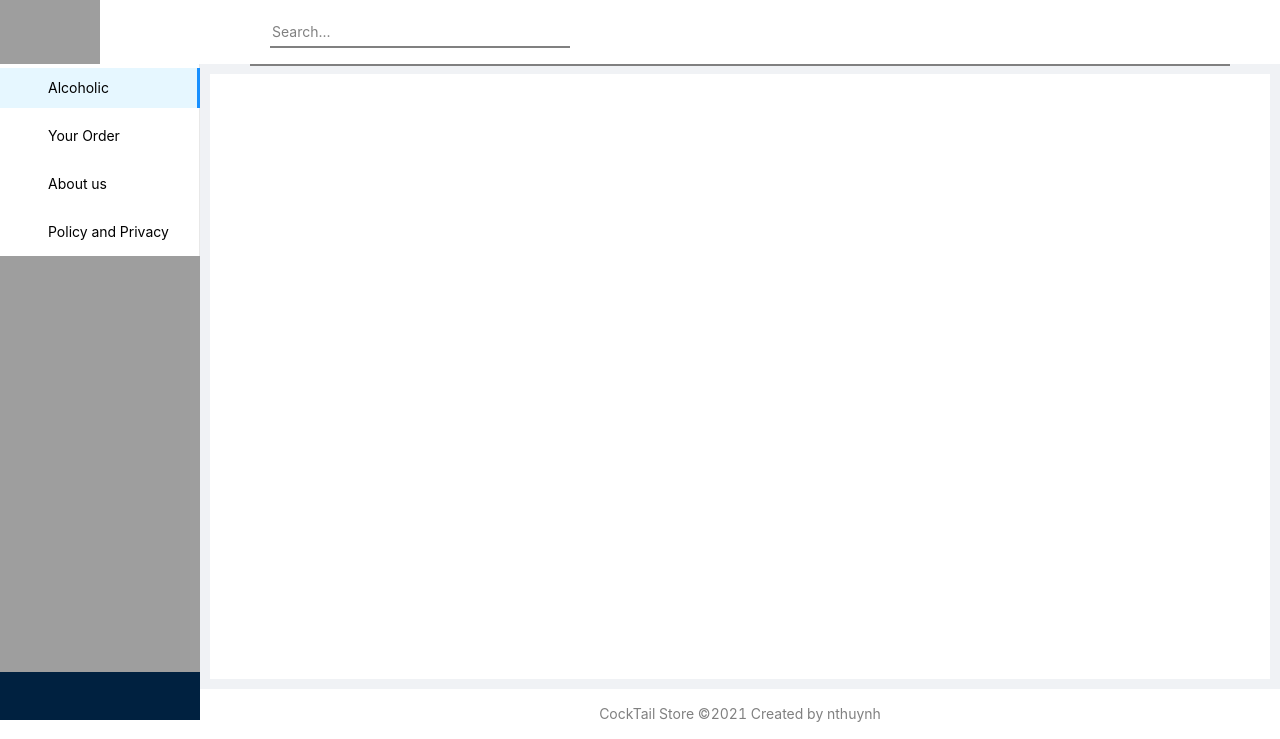
Repository: huynhnt1406/cocktail
Page: /
An editor plug-in stored every save of this project. The page is shown before and after the next save, followed by the edit.
The browser window is 1280 px wide. The pictures show the whole page.
Pictures or frames that could not be fetched are drawn as grey boxes. The page's requests for data from a server got no answer. The project was rebuilt for these pictures with package versions that can differ from the ones it lists, and the page was loaded fresh each time. No one was signed in, and anything a server would have sent is missing. Also part of the build but not shown: src/components/DetailPage.vue, src/components/Order.vue, src/components/AboutUs.vue, src/components/PolicyandPrivacy.vue.

Above is the page before, as saved 2021-05-08 01:28:06.

### public/index.html
<!DOCTYPE html>
<html lang="">
  <head>
    <meta charset="utf-8">
    <meta http-equiv="X-UA-Compatible" content="IE=edge">
    <meta name="viewport" content="width=device-width,initial-scale=1.0">
    <link rel="icon" href="<%= BASE_URL %>favicon.ico">
    <title><%= htmlWebpackPlugin.options.title %></title>
    <link rel="preconnect" href="https://fonts.gstatic.com">
    <link href="https://fonts.googleapis.com/css2?family=Poppins:ital,wght@0,200;0,300;1,400&display=swap" rel="stylesheet">
    <link rel="stylesheet" href="https://cdnjs.cloudflare.com/ajax/libs/font-awesome/4.7.0/css/font-awesome.min.css">
  </head>
  <body>
    <noscript>
      <strong>We're sorry but <%= htmlWebpackPlugin.options.title %> doesn't work properly without JavaScript enabled. Please enable it to continue.</strong>
    </noscript>
    <div id="app"></div>
    <!-- built files will be auto injected -->
  </body>
</html>

### src/main.js
import Vue from 'vue'
import App from './App.vue'
import store from './store/index'
import router from './router/index'
import 'ant-design-vue/dist/antd.css';
import Antd from 'ant-design-vue';
Vue.config.productionTip = false
Vue.use(Antd);
new Vue({
  store,
  router,
  render: h => h(App),
}).$mount('#app')

### src/App.vue
<template>
  <a-layout id="components-layout-demo-side" theme="light"  style="min-height: 100vh">
    <a-layout-sider style="background-color:white" v-model="collapsed" collapsible >
      <img style="height:64px ; width:50%" src="https://i.pinimg.com/originals/fd/3e/53/fd3e533305c578157dbaf393b76ac1ee.jpg" alt="">
      <a-menu theme="light" :default-selected-keys="['1']" mode="inline">
        <a-menu-item key="1">
          <a-icon type="menu" />
          <span><router-link class="link" to="/">Alcoholic</router-link></span>
        </a-menu-item>
        <a-menu-item key="2">
           <a-icon type="shopping-cart" />
          <span><router-link class="link"  to="/yourorder">Your Order</router-link></span>
        </a-menu-item>
           <a-menu-item key="3">
           <a-icon type="info-circle" />
          <span><router-link class="link"  to="/aboutus">About us</router-link></span>
        </a-menu-item>
           <a-menu-item key="4">
           <a-icon type="safety-certificate" />
          <span><router-link class="link"  to="/policyandprivacy">Policy and Privacy</router-link></span>
        </a-menu-item>
      </a-menu>
      <img style="height:62% ; width:100%" src="https://www.gobourbon.com/wp-content/uploads/2019/03/EFCCF7C6-0A6F-4658-83B6-877007B0A1AC-751x1024.jpeg" alt="">
    </a-layout-sider>
    <a-layout>
      <a-layout-header :style="{background: '#fff'}" >
        <SearchBar/>
      </a-layout-header>
      <a-layout-content>
        <div class="cocktail-lists" :style="{margin:'10px' , background: '#fff', minHeight: '360px' }">
          <router-view/>
        </div>
      </a-layout-content>
      <a-layout-footer class="footer" style="text-align: center" :style="{padding:'2vh',color:'gray' ,background: 'white',textAlign:'center'}">
        CockTail Store ©2021 Created by nthuynh
      </a-layout-footer>
    </a-layout>
  </a-layout>
</template>
<script>
import SearchBar from './components/SearchBar'
export default {
  data() {
    return {
      collapsed: false,
    };
  },
  components:{
    SearchBar
  }
};
</script>

<style>
#components-layout-demo-side .logo {
  height: 32px;
  background: rgba(255, 255, 255, 0.2);
  margin: 16px;
}
#components-layout-demo-side{
  background-color: red;
}
.cocktail-lists{
  overflow-y: scroll;
  height:84vh;
}
.footer{
  background-color: white;
}
.link{
  color:black;
}
.link:focus{
  color:gray;
}
</style>

### src/store/index.js
import Vue from 'vue'
import Vuex from 'vuex'
import cocktail from './modules/cocktail'
Vue.use(Vuex)
export default new Vuex.Store({
    modules:{
        cocktail
    }
})

### src/router/index.js
import Vue from 'vue'
import VueRouter from 'vue-router'
import CockTail from '../components/CockTail'
import DetailPage from '../components/DetailPage'
import Order from '../components/Order'
import AboutUs  from '../components/AboutUs'
import PolicyandPrivacy from '../components/PolicyandPrivacy'
const routes = [
    {
        path:'/',
        name:'CockTail',
        component:CockTail
    },
    {
        path:'/detailpage/:id',
        name:'DetailPage',
        component:DetailPage,
        props:true
    },
    {
        path:'/yourorder',
        name:'Order',
        component:Order,
    },
    {
        path:'/aboutus',
        name:'AboutUs',
        component:AboutUs,
    },
    {
        path:'/policyandprivacy',
        name:'PolicyandPrivacy',
        component:PolicyandPrivacy,
    },
]
Vue.use(VueRouter)

export default new VueRouter({
    routes,
    mode:'history'
})

### src/components/SearchBar.vue
<template>
  <div class="searchbar">
    <div class="search-tool">
        <input type="text" placeholder="Search..." >
    </div>
  </div>
</template>

<script>
export default {
}
</script>

<style>
.searchbar{
    display: flex;
    justify-content: space-between;
    align-items: center;
    padding-left:10px;
    padding-right: 10px;
    border-left:none;
    border-right: none;
    border-top:none;
    border-bottom: 2px solid gray;
}
.search-tool input{
    height: 30px;
    width: 300px;
    background-color: transparent;
    border-left:none;
    border-right: none;
    border-top:none;
    border-bottom: 2px solid gray;
    margin-left: 10px;
    outline: none;
    color:gray;
}
::placeholder{
  color:gray;
}
.search-tool input:focus{
    border-bottom: 2px solid green;
}
</style>

### src/store/modules/cocktail.js
import axios from 'axios'

const state = {
    cocktailLists: [],
    cart:[]
}
const getters = {
    allCocktails : state => state.cocktailLists,
    allItems : state => state.cart
}
const actions = {
    async fetchCocktail({commit}){
        const res = await axios.get(`https://www.thecocktaildb.com/api/json/v1/1/search.php?f=b`)
        commit('getCocktail', res.data.drinks)
        console.log(res.data.drinks)
    },
    addProductToCart({commit}, {product, quantity}){
        commit('ADD_TO_CART', {product,quantity})
    },
    deleteItem({commit}, index) {
        commit('removeItem', index)
    }
}

const mutations = {
    getCocktail : (state, cocktailLists) => state.cocktailLists = cocktailLists,
    ADD_TO_CART : (state, {product,quantity}) => {
        state.cart.push({
            product,
            quantity
        })
    },
    removeItem: (state, index) => state.cart.filter(item => item.index !== index)
}

export default {
    state,getters,actions,mutations
}

### src/components/CockTail.vue
<template >
    <div class="homepage">
        <div class="cocktail-list">
            <div class="singlecocktail" v-for="cocktail in allCocktails" :key="cocktail.id">
                <div class="each-cocktail">
                    <div class="cocktail-img">
                        <img :src="cocktail.strDrinkThumb" :alt="cocktail.idDrink">
                    </div>
                    <div class="cocktail-detail">
                        <h3>🍹 {{cocktail.strDrink}}</h3>
                        <div class="action">
                            <a-button  type="secondary">
                                <i class="fa fa-money" aria-hidden="true"> {{money}}</i>
                            </a-button>
                            <a-button type="primary" >
                                <router-link :to="{name:'DetailPage', params:{id:cocktail.idDrink}}">Detail</router-link>
                            </a-button>
                        </div>
                    </div>
                </div>
            </div>
        </div>
    </div>
</template>
<script>
import {mapGetters, mapActions} from 'vuex'

export default {
    name:'Cocktail',
    data(){
        return{
            money:20,
        }
    },
    computed: mapGetters(["allCocktails"]),
    created(){
        this.fetchCocktail()
    },
    methods:{
        ...mapActions(["fetchCocktail"]),
        randomMoney(){
            this.money = this.money + Math.trunc(Math.random() * 100)
            console.log(this.money)
        },
    },
    mounted(){
        this.randomMoney()
    }
}
</script>
<style >
.homepage{
    font-family: "Poppins",sans-serif;
    background:white;
    color:white;
    background-color: #f5f5f3;
}
.singlecocktail img{
    height: 150px;
    width: 150px;
}
.singlecocktail {
    height: fit-content;
    width: 150px;
    margin:20px;
}
.cocktail-list{
    display: flex;
    flex-wrap: wrap;
    justify-content: center;
}
.action{
    display: flex;
    justify-content: space-between;
    align-items: center;
}
.cocktail-detail h3{
    color:gray;
}
</style>

After the next save:
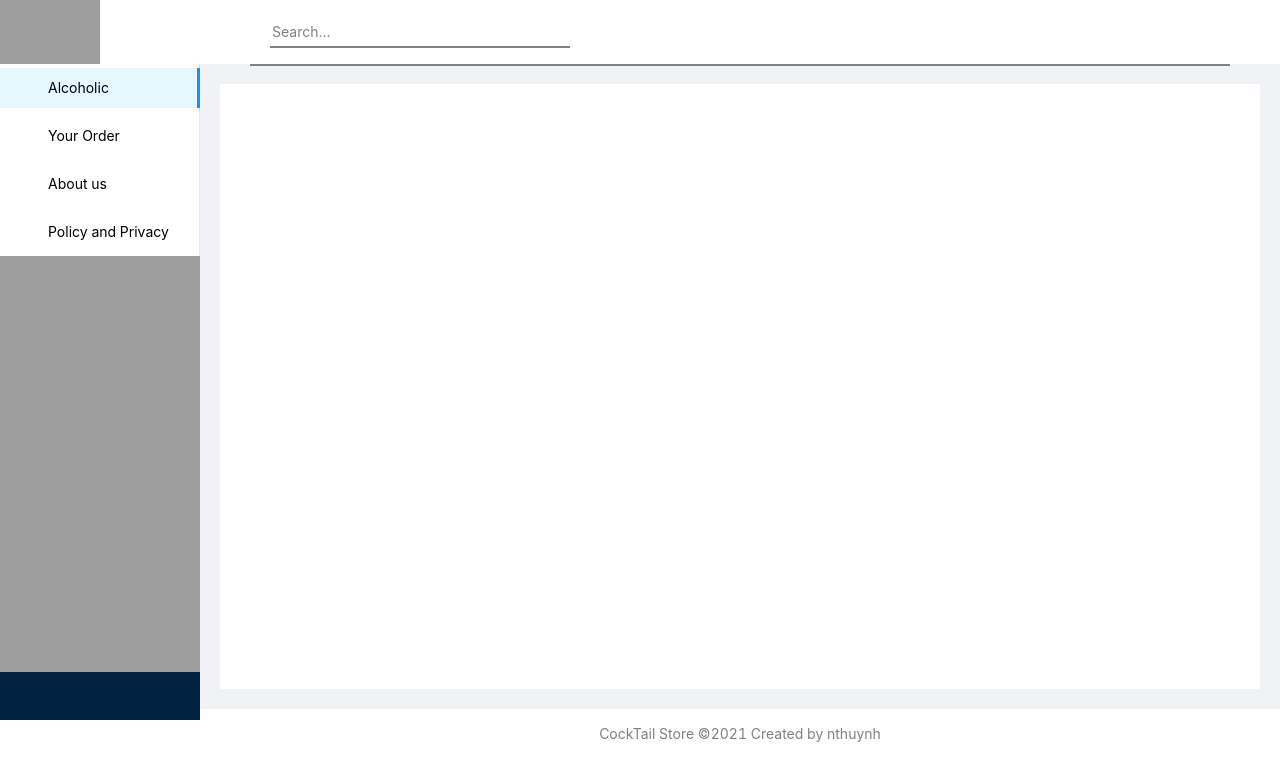
Saved 18 s later.
--- a/src/App.vue
+++ b/src/App.vue
@@ -27,7 +27,7 @@
         <SearchBar/>
       </a-layout-header>
       <a-layout-content>
-        <div class="cocktail-lists" :style="{margin:'10px' , background: '#fff', minHeight: '360px' }">
+        <div class="cocktail-lists" :style="{margin:'20px' , background: '#fff', minHeight: '360px' }">
           <router-view/>
         </div>
       </a-layout-content>
